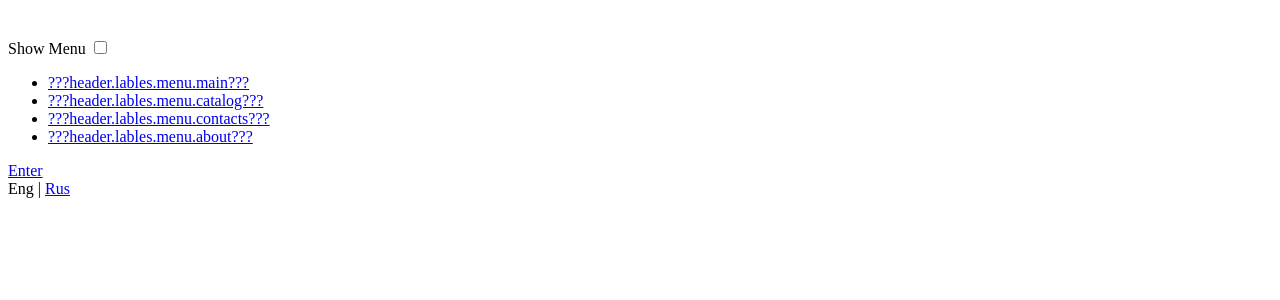
Repository: Westerte/JavaDevelopmentMay2015
Page: http://localhost/touroperator/jspf/header.jsp
The author's editor kept a copy of each file at every save. The page is drawn from the files as they stood at one save, then again after the next save.
The browser window is 1280 px wide. The pictures show the whole page.
The page is served by Tomcat 9. Other server files are loaded and not shown.

Above is the page before, as saved 2015-09-10 13:45:25.

### workspace/touroperator/WebContent/jspf/header.jsp
<%@ page language="java" contentType="text/html; charset=UTF-8"
    pageEncoding="UTF-8"%>
<%@ taglib prefix="c" uri="http://java.sun.com/jsp/jstl/core" %>
<%@ taglib prefix="fmt" uri="http://java.sun.com/jsp/jstl/fmt" %>
<%@ taglib prefix="ctg" uri="/WEB-INF/tld/custom.tld" %>
<fmt:setLocale value="${ locale }"/>
<fmt:setBundle basename="resources.messages" var="rb"/>
<!DOCTYPE html PUBLIC "-//W3C//DTD HTML 4.01 Transitional//EN" "http://www.w3.org/TR/html4/loose.dtd">
<html>
<body>
	<header class="clear">
		<div class="container clear">
			<div class="rows clear">
				<div id="logo" class="cols col-3 clear">
					<img src="${ pageContext.servletContext.contextPath}/img/logo.png">
				</div>
				<nav class="cols col-6 clear">
					<label for="show_menu" class="show_menu">Show Menu</label>
					<input type="checkbox" id="show_menu" role="button">
					<ul id="header_menu" class="clear">
						<li><a href="#" class="clear"><fmt:message key="header.lables.menu.main" bundle="${rb}"/></a></li>
						<li><a href="#" class="clear"><fmt:message key="header.lables.menu.catalog" bundle="${rb}"/></a></li>
						<li><a href="#" class="clear"><fmt:message key="header.lables.menu.contacts" bundle="${rb}"/></a></li>
						<li><a href="#" class="clear"><fmt:message key="header.lables.menu.about" bundle="${rb}"/></a></li>
					</ul>
				</nav>
				<div class="cols col-3 clear">
					<div id="user_name_or_login">
						<c:choose>
							<c:when test="${ client != null }">
								<fmt:message key="header.lables.clientName" bundle="${rb}" />
								<a href="Controller?command=" class="header_link"><c:out value="${ client.nickName }"/></a>
								<a href="Controller?command=logout"><fmt:message key="header.lables.logout" bundle="${ rb }"/></a>
							</c:when>
							<c:otherwise>
								<a href="Controller?command=login_page"><fmt:message key="header.lables.enter" bundle="${rb}" /></a>
							</c:otherwise>
						</c:choose>
					</div>
					<div id="locale_switch">
						<ctg:locale-switch/>
					</div>
				</div>
			</div>
		</div>
	</header>
</body>
</html>

### workspace/touroperator/WebContent/jspf/locale_links_en.jspf
<html>
<body>
	<a class="lang_link pushed">Eng</a>
	| <a href="Controller?command=change_locale&language=russian" class="lang_link">Rus</a>
</body>
</html>

### workspace/touroperator/src/edu/nesterenko/touroperator/tags/LocaleSwitchTag.java
package edu.nesterenko.touroperator.tags;

import java.io.IOException;
import java.util.Locale;

import javax.servlet.ServletException;
import javax.servlet.http.HttpServletRequest;
import javax.servlet.http.HttpSession;
import javax.servlet.jsp.tagext.TagSupport;

public class LocaleSwitchTag extends TagSupport {
	private static final long serialVersionUID = -5786988903569874024L;

	@Override
	public int doStartTag() {
		HttpServletRequest request = (HttpServletRequest)pageContext.getRequest();
		HttpSession session = request.getSession(true);
		Locale locale = (Locale) session.getAttribute("locale");
		if(locale == null) {
			locale = Locale.getDefault();
		}
		String localeToString = locale.toString();
		try {
			if("ru_RU".equals(localeToString)) {
				pageContext.include("/jspf/locale_links_ru.jspf");
			} else {
				pageContext.include("/jspf/locale_links_en.jspf");
			}
		} catch(ServletException | IOException e) {
			e.printStackTrace();
		}
		return SKIP_BODY;
	}
}

After the next save:
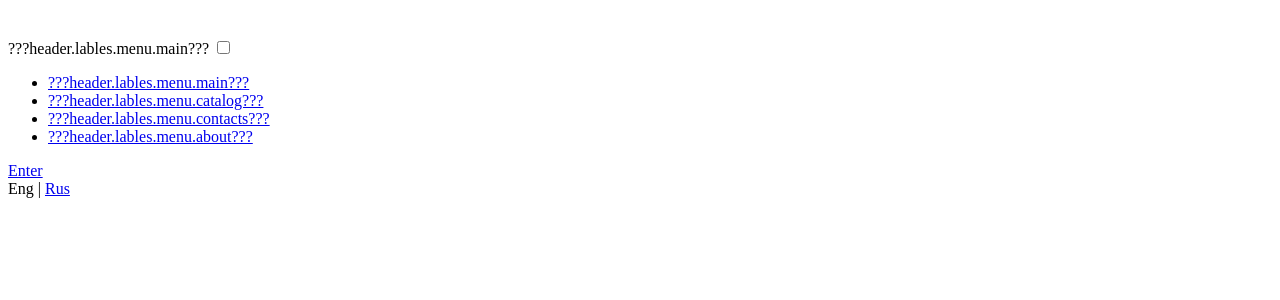
Saved 34 s later.
--- a/workspace/touroperator/WebContent/jspf/header.jsp
+++ b/workspace/touroperator/WebContent/jspf/header.jsp
@@ -15,7 +15,7 @@
 					<img src="${ pageContext.servletContext.contextPath}/img/logo.png">
 				</div>
 				<nav class="cols col-6 clear">
-					<label for="show_menu" class="show_menu">Show Menu</label>
+					<label for="show_menu" class="show_menu"><fmt:message key="header.lables.menu.main" bundle="${rb}"/></label>
 					<input type="checkbox" id="show_menu" role="button">
 					<ul id="header_menu" class="clear">
 						<li><a href="#" class="clear"><fmt:message key="header.lables.menu.main" bundle="${rb}"/></a></li>
